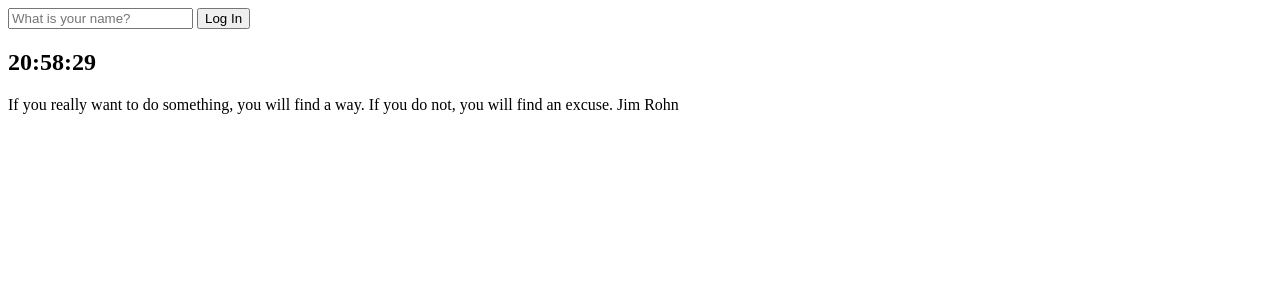
Repository: ahlee13777/momentum
Page: index.html
The author's editor kept a copy of each file at every save. The page is drawn from the files as they stood at one save, then again after a run of saves.
The browser window is 1280 px wide. The pictures show the whole page.

Above is the page before, as saved 2023-05-28 14:26:34.

### index.html
<!DOCTYPE html>
<html lang="en">
<head>
    <meta charset="UTF-8">
    <meta http-equiv="X-UA-Compatible" content="IE=edge">
    <meta name="viewport" content="width=device-width, initial-scale=1.0">
    <link rel="stylesheet" href="css/style.css">
    <script src="js/greetings.js" defer></script> <!--body에 안쓰고 이렇게 head에 쓰기-->
    <script src="js/clock.js" defer></script>
    <script src="js/quotes.js" defer></script>
    <script src="js/background.js" defer></script>
    <title>Momentum App</title>
</head>
<body>
   <form id="login-form" class="hidden">  <!-- className사용하면 안됨 -->
        <input
            required
            maxlength="15"
            type="text"
            placeholder="What is your name?"
        /> <!-- required사용하려면 input이 form안에 있어야 함 -->
        <input type="submit" value="Log In" />
        <!-- <button>Log In</button> form을 쓸때는 이런식으로 button 만들어야 됨 -->
    </form>
    <h2 id="clock">00:00:00</h2>
    <h1 id="greeting" class="hidden"></h1>
    <div id="quote">
        <span></span>
        <span></span>
    </div>
    <!-- <a href="https://nomadcoders.co">Go to courses</a>  -->
</body>

</html>

### js/greetings.js
const loginForm = document.querySelector("#login-form"); //#오르 id임을 명시해야함, getElementByID("login-form")과 동일
const loginInput = loginForm.querySelector("input"); //.으로 class 찾기
const loginButton = loginForm.querySelector("button");
const greeting = document.querySelector("#greeting");

const HIDDEN_CLASSNAME = "hidden"; //string만 담은 변수는 대문자로
const USERNAME_KEY = "username";

/*
위에 세줄을 아래 두 줄로 할 수 있음
const loginInput = document.querySelector("#login-form input");
const loginButton ...
*/

//const link = document.querySelector("a");

/**
 * Login handler
 *
 * 로그인을 하세여.
 * @param {*} event
 */
function onLoginSubmit(event){ //이벤트핸들러, 첫번째 매개변수에서 event에 대한 정보를 전달함

    event.preventDefault(); //디폴트를 막는 함수, form을 submit하면 새고하는걸 막음, 클릭 = 새로고침
    //라이브러리로는 이걸 할 수 있게 할 수 있음

    loginForm.classList.add(HIDDEN_CLASSNAME); //입력되면 console에는 남지만 창에서 사라짐
    const username = loginInput.value; //입력된 값은 value에 저장됨 console.dir로 확인가능

    localStorage.setItem(USERNAME_KEY, username); //chrome-application에서 저장된거 확인가능
    //서버에쓰는게 안전, 구분해서 사용 / 공유해야하는 정보는 서버에
    paintGreetings(username);

    //console.log(loginInput.value); console창에서 입력값 확인가능

    /* html에서 form을 이용하지않고 그냥 div로 했을때는 이렇게
    form 안에 input만들어서 서식 지정해주면 거기서 required로 예외처리 가능
    if (username === ""){
        alert("Please write your name");
    }
    else if (username.length > 15){
        alert("Your name is too long.");
    }
    */
}

function paintGreetings(username){
    greeting.innerText = `Hello ${username}`; //"" ''아니고 ``
    greeting.classList.remove(HIDDEN_CLASSNAME);
}

/*linkclick을 공부해보자
function handleLinkClick(event){ // Mouseevent(oLS함수는 Submitevnet)
    event.preventDefault(); //기본동작 막음
    console.log(event);
    alert("clicked!"); //ok를 눌러야 기본동작(창열기)이 실행 됨
}
link.addEventListener("click", handleLinkClick);
*/

/*
아래 if문으로 감
//loginButton.addEventListener("click", onLoginSubmit); 아래처럼 submit 사용
loginForm.addEventListener("submit", onLoginSubmit); // submit은 기본적으로 gconsole새고됨 (preventDefault로 막을 수 잇음)
*/

const savedUsername = localStorage.getItem(USERNAME_KEY);

if(savedUsername === null){
    loginForm.classList.remove(HIDDEN_CLASSNAME);
    loginForm.addEventListener("submit", onLoginSubmit); //on이든 handle이든 통일 handleSave handleCancel 이런식으로 handle뒤에 intent넣기
}
else {
    paintGreetings(savedUsername);
}

### js/clock.js
const clock = document.querySelector("h2#clock");

function getClock(){
    const date = new Date(); //js 내장 객체 Date오브젝트를 만듦

    const hours = String(date.getHours()).padStart(2, "0"); //date 객체에서 매서드 사용
    const minutes = String(date.getMinutes()).padStart(2, "0"); //padStart(최대길이, 채울거)
    const seconds = String(date.getSeconds()).padStart(2, "0");

    //clock.innerText = `${date.getHoursdate.getMinutes()}:${date.getSeconds()}`;
    clock.innerText = `${hours}:${minutes}:${seconds}`;
}

getClock();
setInterval(getClock,1000); //(함수,interval(ms)) 반복실행
//setTimeout(say,Hello, 1000) //1번만 실행

### js/quotes.js
const quotes = [
    {
        quote: 'I never dreamed about success, I worked for it',
        author: 'Estee Lauder'
    },
    {
        quote: 'Do not try to be original, just try to be good.',
        author: 'Paul Rand'
    },
    {
        quote: 'Do not be afraid to give up the good to go for the great',
        author: 'John D. Rockefeller'
    },
    {
        quote: 'If you cannot fly then run. If you cannot run, then walk. And if you cannot walk, then crawl, but whatever you do, you have to keep moving forward.',
        author: 'Martin Luther King Jr.'
    },
    {
        quote: 'Our greatest weakness lies in giving up. The most certain way to succeed is always to try just one more time.',
        author: 'Thomas Edison'
    },
    {
        quote: 'The fastest way to change yourself is to hang out with people who are already the way you want to be',
        author: 'REid Hoffman'
    },
    {
        quote: 'Money is like gasoline during a road trip. You do not want to run out of gas on your trip, but you are not doing a tour of gas stations',
        author: 'Tim O Reilly'
    },
    {
        quote: 'Some people dream of success, while other people get up every morning and make it happen',
        author: 'Wayne Huizenga'
    },
    {
        quote: 'The only thing worse than starting something and falling.. is not starting something',
        author: 'SEth Godin'
    },
    {
        quote: 'If you really want to do something, you will find a way. If you do not, you will find an excuse.',
        author: 'Jim Rohn'
    },
];

const quote = document.querySelector("#quote span:first-child");
const author = document.querySelector("#quote span:last-child");

const todaysQuote = quotes[Math.floor(Math.random() * quotes.length)]; //반올림 Math.round(), 올림 Math.ceil(), 내림 Math.floor

quote.innerText = todaysQuote.quote;
author.innerText = todaysQuote.author;

### js/background.js
const images = ["0.jpg", "1.jpg", "2.jpg", "3.jpg", "4.jpg"];
const chosenImages = images[Math.floor(Math.random() * images.length)];

Loaded but not shown: css/style.css (common file)

After the next 3 saves:
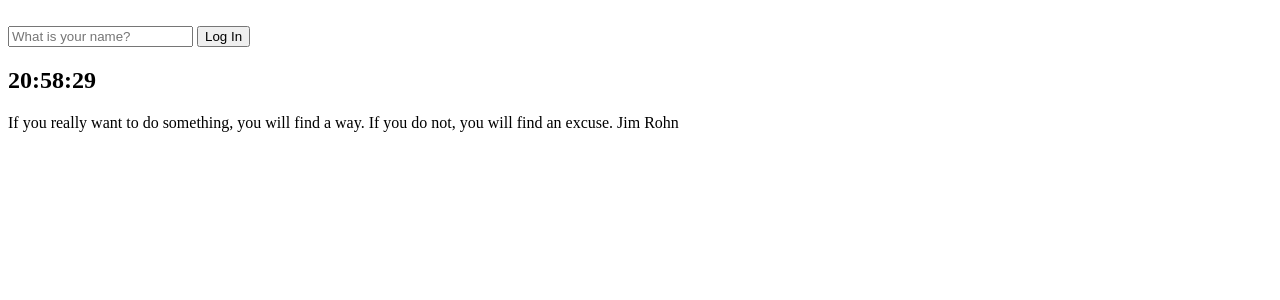
The 3 saves are shown as one change because they came seconds apart.
The last was saved 20 s later.
--- a/index.html
+++ b/index.html
@@ -9,6 +9,7 @@
     <script src="js/clock.js" defer></script>
     <script src="js/quotes.js" defer></script>
     <script src="js/background.js" defer></script>
+    <img src="" alt="">
     <title>Momentum App</title>
 </head>
 <body>

After the 2 saves that followed:
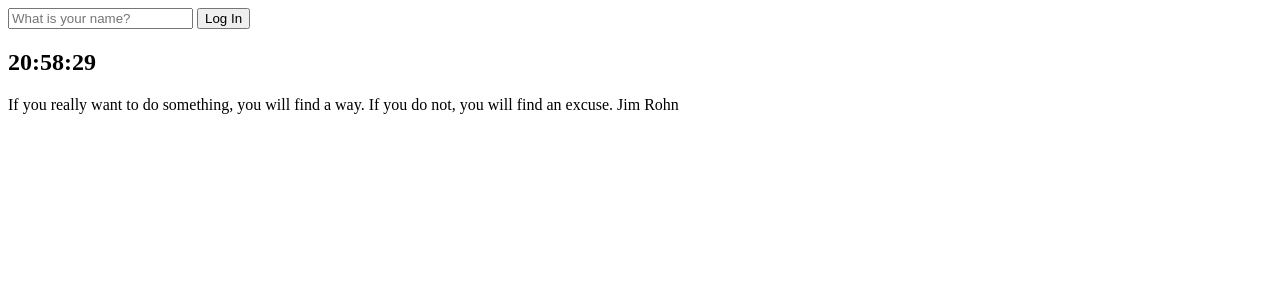
The 2 saves are shown as one change because they came seconds apart.
The last was saved 12 s later.
--- a/index.html
+++ b/index.html
@@ -9,7 +9,6 @@
     <script src="js/clock.js" defer></script>
     <script src="js/quotes.js" defer></script>
     <script src="js/background.js" defer></script>
-    <img src="" alt="">
     <title>Momentum App</title>
 </head>
 <body>
